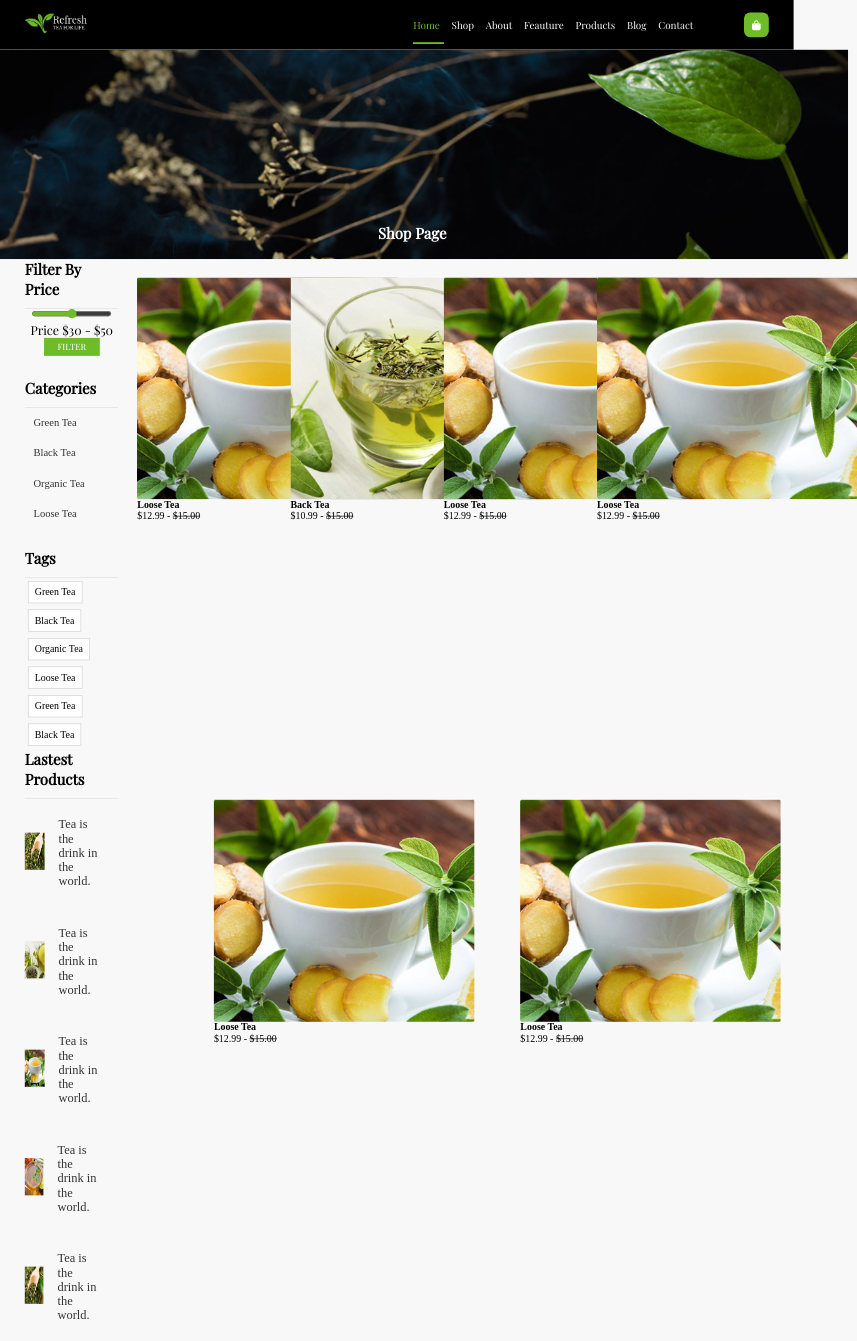
Repository: 52hzwhaleblue/school_teashop
Page: shop.html
An editor plug-in stored every save of this project. The page is shown before and after the next save, followed by the edit.
The browser window is 1280 px wide. The page is 1383 px wide, then 1379 px, so the pictures cover 1383 px, including what lies to the right of the window. The pictures show the whole page, at 62% of full size.
Some web libraries are served in a nearby version.

Above is the page before, as saved 2022-05-05 22:55:26.

### shop.html
<!DOCTYPE html>
<html lang="en">

<head>
    <meta charset="UTF-8">
    <meta http-equiv="X-UA-Compatible" content="IE=edge">
    <meta name="viewport" content="width=device-width, initial-scale=1.0">

    <!-- Style CSS -->
    <link rel="stylesheet" href="./style.css" stylesheet="text/style.css" />

    <!-- googel fonts -->
    <link rel="preconnect" href="https://fonts.googleapis.com" />
    <link rel="preconnect" href="https://fonts.gstatic.com" crossorigin />
    <link href="https://fonts.googleapis.com/css2?family=Playfair+Display&display=swap" rel="stylesheet" />

    <!-- cdn -->
    <link rel="stylesheet" href="https://cdnjs.cloudflare.com/ajax/libs/font-awesome/6.1.1/css/all.min.css" integrity="sha512-KfkfwYDsLkIlwQp6LFnl8zNdLGxu9YAA1QvwINks4PhcElQSvqcyVLLD9aMhXd13uQjoXtEKNosOWaZqXgel0g==" crossorigin="anonymous" referrerpolicy="no-referrer"
    />

    <!-- App.js -->
    <script src="./app.js">
    </script>

    <title>Shop</title>
</head>

<body>
    <!-- header -->
    <div class="header-wrapper">
        <div class="center">
            <div class="row">
                <div class="logo">
                    <img src="./images/logo.png" alt="" />
                </div>

                <div class="menu">
                    <ul>
                        <li class="active"><a href="#">Home</a></li>
                        <li><a href="#">Shop</a></li>
                        <li><a href="#">About</a></li>
                        <li><a href="#">Feauture</a></li>
                        <li><a href="#">Products</a></li>
                        <li><a href="#">Blog</a></li>
                        <li><a href="#">Contact</a></li>
                    </ul>
                </div>

                <div class="cart">
                    <i class="fa-solid fa-bag-shopping"></i>
                </div>
            </div>
        </div>
    </div>

    <!-- silder -->
    <div class="slider-wrapper">
        <div class="slider-img">
            <img src="./images/shop-slide.jpg" alt="" />

            <div class="center">
                <div class="shop-slide-content">
                    <h2 class="heading">Shop Page</h2>
                </div>
            </div>
        </div>
    </div>


    <div class="shop-page-wrapper">
        <div class="center1">
            <div class="box-shop-page">
                <!-- filter by price -->
                <div class="price-filter-wrapper">
                    <div class="box-price-filter">
                        <h4>filter by price</h4>
                        <div class="price-range-bar">
                            <form class="multi-range-field my-5 pb-5">
                                <input id="multi3" class="multi-range" type="range" />
                            </form>

                            <div class="price-range">
                                <span>Price</span>
                                <span> $30 </span> -
                                <span> $50 </span>
                            </div>

                            <div class="filter-btn">
                                <p>filter</p>
                            </div>
                        </div>
                    </div>
                    <div class="catory-wrapper">
                        <div class="box-catory">
                            <h2>Categories</h2>
                        </div>
                        <div class="category">
                            <ul>
                               <li><a href="" class="btn1">Green Tea</a></li>
                               <li><a href="" class="btn1">Black Tea</a></li>
                               <li><a href="" class="btn1">Organic Tea</a></li>
                               <li><a href="" class="btn1">Loose Tea</a></li>
                            </ul>
                        </div>
                        <div class="box-catory">
                            <h2>Tags</h2>
                        </div>
                        <div class="category1">
                           <ul clas="list">
                               <li><a href="" class="btn">Green Tea</a></li>
                               <li><a href="" class="btn">Black Tea</a></li>
                               <li><a href="" class="btn">Organic Tea</a></li>
                               <li><a href="" class="btn">Loose Tea</a></li>
                               <li><a href="" class="btn">Green Tea</a></li>
                               <li><a href="" class="btn">Black Tea</a></li>
                           </ul>
                        </div>
                        <div class="box-catory">
                            <h2>Lastest Products</h2>
                        </div>
                        <div class="last-product">
                            <div class="row">
                                <div class="col-2">
                                    <img src="images/product-1.jpg">
                                </div>
                                <div class="col-2">
                                    <a href="" class="btn2">Tea is the drink in  the world. </a>
                                </div>
                            </div>
                      </div>
                      <div class="last-product">
                        <div class="row">
                            <div class="col-2">
                                <img src="images/product-2.jpg">
                            </div>
                            <div class="col-2">
                                <a href="" class="btn2">Tea is the drink in  the world.</a>
                            </div>
                        </div>
                       </div>
                       <div class="last-product">
                        <div class="row">
                            <div class="col-2">
                                <img src="images/product-3.jpg">
                            </div>
                            <div class="col-2">
                                <a href="" class="btn2">Tea is the drink in  the world.</a>
                            </div>
                        </div>
                       </div>
                         <div class="last-product">
                          <div class="row">
                          <div class="col-2">
                             <img src="images/product-4.jpg">
                            </div>
                            <div class="col-2">
                             <a href="" class="btn2">Tea is the drink in  the world.</a>
                            </div>
                        </div>
                       </div>

                    <div class="last-product">
                        <div class="row">
                            <div class="col-2">
                                <img src="images/product-5.jpg">
                            </div>
                            <div class="col-2">
                                <a href="" class="btn2">Tea is the drink in  the world.</a>
                            </div>
                        </div>
                       </div>
                   </div>
               </div>
                <!-- shop-product -->
                <div class="shop-product-wrapper">
                    <div class="shop">
                        <img src="images/product-8.jpg">
                        <h4>Loose Tea</h4>
                        <p>$12.99 - <del>$15.00</del></p>
                        <p></p>
                    </div>
                    <div class="shop">
                        <img src="images/product-9.jpg">
                        <h4>Back Tea</h4>
                        <p>$10.99 - <del>$15.00</del></p>
                    </div>
                    <div class="shop">
                        <img src="images/product-8.jpg">
                        <h4>Loose Tea</h4>
                        <p>$12.99 - <del>$15.00</del></p>
                        <p></p>
                    </div>
                    <div class="shop">
                        <img src="images/product-8.jpg">
                        <h4>Loose Tea</h4>
                        <p>$12.99 - <del>$15.00</del></p>
                        <p></p>
                    </div>
                    <div class="shop">
                        <img src="images/product-8.jpg">
                        <h4>Loose Tea</h4>
                        <p>$12.99 - <del>$15.00</del></p>
                        <p></p>
                    </div>
                    <div class="shop">
                        <img src="images/product-8.jpg">
                        <h4>Loose Tea</h4>
                        <p>$12.99 - <del>$15.00</del></p>
                        <p></p>
                    </div>
                </div>

            </div>
        </div>
    </div>

</body>

</html>

### style.css
* {
    padding: 0;
    margin: 0;
}

body {
    background-color: #f8f8f8;
}


/* header */

.header-wrapper {
    margin: 0 auto;
    background-color: #000000;
    position: sticky;
    top: 0;
    z-index: 1;
}

.center {
    width: 1200px;
    margin: 0 auto;
}

.header-wrapper .row {
    display: flex;
    justify-content: space-between;
    align-items: center;
    padding: 20px 0;
}


/* logo */

.logo {
    width: 50.0450045005%;
}

.logo img {
    width: 100px;
}


/* menu */

.menu {
    width: 42.304230423%;
}

.menu ul li.active a {
    color: #6fbc29;
}

.menu ul li {
    display: inline-block;
    padding-right: 15px;
    position: relative;
}

.menu ul li:after {
    content: " ";
    width: 50px;
    border-bottom: 3px #6fbc29 solid;
    /* background-color: #6fbc29; */
    left: 0;
    bottom: -20px;
    position: absolute;
}

.menu ul li:not(.active):after {
    content: " ";
    width: 50px;
    border-bottom: 3px #6fbc29 solid;
    left: 0;
    bottom: -30px;
    position: absolute;
    opacity: 0;
    transition: 0.5s;
}

.menu ul li:hover:after {
    bottom: -20px;
    opacity: 1;
}

.menu ul li:hover a {
    color: #6fbc29;
}

.menu ul li a {
    text-decoration: none;
    color: #fff;
    font-family: "Playfair Display", serif;
}


/* cart */

.cart {
    width: 40px;
    height: 40px;
    border-radius: 25%;
    background-color: #6fbc29;
    display: flex;
    justify-content: center;
    align-items: center;
}

.cart i {
    color: #fff;
}


/* silder */

.slider-wrapper {
    width: 1368px;
    margin: 0 auto;
    overflow: hidden;
}

.slider-img {
    display: flex;

}

.slider-img img {
    max-width: 1368px;
}
.slider-img input{
    display: none;
}


.slider-wrapper .home-slide-content {
    width: 446px;
    position: absolute;
    top: 20%;
    left: calc((100% - 1200px) / 2);
}

.slider-wrapper .shop-slide-content {
    width: 446px;
    position: absolute;
    top: 50%;
    left: calc(100% /2.1);
}

.home-slide-content .heading {
    text-transform: uppercase;
    font-family: "Playfair Display";
    font-size: 16px;
    color: #fff;
}

.shop-slide-content .heading {
    text-transform: capitalize;
    font-family: "Playfair Display";
    /* font-size: 50px; */
    color: #fff;
}


.home-slide-content .subHeading {
    text-transform: capitalize;
    font-family: "Playfair Display";
    font-size: 50px;
    padding: 26px 0 50px 0;
    color: #fff;
}

.home-slide-content .subHeading span {
    color: #6fbc29;
    text-transform: capitalize;
    font-size: 50px;
}

.home-slide-content .slider-btn {
    width: 130px;
    /* height: 35px; */
    background-color: #6fbc29;
    display: flex;
    justify-content: center;
    align-items: center;
}

.slider-btn a {
    font-family: "Playfair Display";
    font-size: 14px;
    text-transform: uppercase;
    color: #fff;
    text-decoration: none;
    padding: 10px 0;
}


/* new product */

.product-wrapper {
    width: 1368px;
    margin: 0 auto;
    padding: 57px 0;
}

.title-main {
    padding-bottom: 52px;
}

.title-main h1 {
    font-family: "Playfair Display";
    font-size: 35px;
    text-transform: capitalize;
    color: #212529;
    text-align: center;
}

.title-main .icon {
    text-align: center;
    padding: 23px 0 18px 0;
}

.heading-icon .icon img {
    width: 100px;
}

.title-main .subTitle {
    width: 540px;
    margin: 0 auto;
}

.title-main .subTitle p {
    font-family: "Playfair Display";
    font-size: 14px;
    color: #212529;
    text-align: center;
}


/* product items */

.product-items {
    display: flex;
    flex-wrap: wrap;
    justify-content: space-between;
}

.product-items .item {
    /* width: calc(100% / 4); */
}

.product-items .item .img {
    position: relative;
}

.modal {
    position: absolute;
    width: 100%;
    height: 100%;
    bottom: 0;
    opacity: 0;
    background-color: #6fbc29;
    transition: 0.7s;
}

.modal-content h4 {
    font-family: "Playfair Display", serif;
    color: #fff;
    text-align: center;
    text-transform: capitalize;
}

.modal-content {
    padding: 48px;
}

.modal-content p {
    font-size: 14px;
    font-family: "Playfair Display", serif;
    color: #fff;
    text-align: center;
    padding: 20px 0;
}

.readmore-btn {
    width: 130px;
    background-color: #fff;
    border: 1px #fff solid;
    padding: 5px 0;
    margin: 0 auto;
    text-align: center;
}

.readmore-btn a {
    text-decoration: none;
    color: #6fbc29;
    font-size: 14px;
    font-family: "Playfair Display", serif;
    text-transform: uppercase;
}

.readmore-btn:hover {
    background-color: transparent;
}

.readmore-btn:hover a {
    text-decoration: none;
    color: #fff;
    font-size: 14px;
    font-family: "Playfair Display", serif;
    text-transform: uppercase;
}

.product-items .img:hover .modal {
    top: 0;
    opacity: 0.8;
}

.product-btn {
    display: flex;
    justify-content: center;
}

.btn-left,
.btn-right {
    border-radius: 50%;
    width: 30px;
    height: 30px;
    background-color: #6fbc29;
    margin: 0 10px;
    display: flex;
    align-items: center;
    justify-content: center;
    color: #fff;
    margin-top: 35px;
}

.btn-left:hover,
.btn-right:hover {
    border-radius: 50%;
    width: 30px;
    height: 30px;
    background-color: #fff;
    margin: 0 10px;
    display: flex;
    align-items: center;
    justify-content: center;
    color: #6fbc29;
    margin-top: 35px;
}


/* information */

.information {
    width: 1368px;
    margin: 0 auto;
    background-color: #f8f8f8;
    display: flex;
    justify-content: space-between;
}

.info-img img {
    max-width: 730px;
}

.info-content {
    width: 37.6461988304%;
    padding: 85px 0 125px 30px;
}

.info-content h2 {
    font-size: 35px;
    font-family: "Playfair Display", serif;
}

.info-content p {
    font-size: 14px;
    font-family: "Playfair Display", serif;
    margin: 10px 0;
}

.information .readmore-info-btn {
    width: 130px;
    background-color: #6fbc29;
    padding: 5px 0;
    text-align: center;
}

.information .readmore-info-btn a {
    text-decoration: none;
    color: #fff;
    font-size: 14px;
    font-family: "Playfair Display", serif;
    text-transform: uppercase;
}

.information .readmore-info-btn:hover {
    background-color: #fff;
}

.information .readmore-info-btn:hover a {
    text-decoration: none;
    color: #6fbc29;
    font-size: 14px;
    font-family: "Playfair Display", serif;
    text-transform: uppercase;
}

.criteria-wrapper {
    width: 100%;
    height: 368px;
}

.criteria-items {
    max-width: 1368px;
    display: flex;
    justify-content: center;
}

.criteria-items .item {
    padding: 0 10px;
    box-sizing: border-box;
}


/* featured product */
.center1 {
    width: 1200px;
    margin: 0 auto;
    display:  flex;
    flex-wrap: wrap;
}

.featured-product-wrapper {}

.featured-product-items {
    display: flex;
    justify-content: space-between;
    flex-wrap: wrap;
    margin-bottom: 50px;
}

.featured-product-items .item {
    width: calc(100% / 3);
}

.featured-product-items .item .img {
    position: relative;
}

.featured-product-items .img .modal {
    border-radius: 50%;
}

.featured-product-items .img:hover .modal {
    top: 0;
    opacity: 0.8;
    width: 92.5%;
}

.featured-product-items .item .title {
    text-align: center;
    font-family: "Playfair Display";
    font-weight: 600;
    font-size: 20px;
}

.featured-product-items .item .description {
    text-align: center;
    font-family: "Playfair Display";
    font-size: 14px;
}

.featured-product-items .item img {
    border-radius: 50%;
}


/* Information Wrapper */

.info-wrapper {
    position: relative;
}

.info-wrapper img {
    height: 435px;
    width: 100%;
}

.info-heading {
    top: 0;
    width: 490px;
    margin: 55px 0;
    position: absolute;
}

.info-heading .title {
    font-family: "Playfair Display";
    font-size: 35px;
    font-weight: 600;
}

.info-heading .subTitle {
    font-family: "Playfair Display";
    font-size: 14px;
    margin: 25px 0 50px 0;
}

.readmore-info-btn {
    width: 130px;
    background-color: #6fbc29;
    border: 1px #fff solid;
    padding: 5px 0;
    /* margin: 0 auto; */
    text-align: center;
}

.readmore-info-btn a {
    text-decoration: none;
    color: #fff;
    font-size: 14px;
    font-family: "Playfair Display", serif;
    text-transform: uppercase;
}

.readmore-info-btn:hover {
    background-color: #fff;
}

.readmore-info-btn:hover a {
    text-decoration: none;
    color: #6fbc29;
    font-size: 14px;
    font-family: "Playfair Display", serif;
    text-transform: uppercase;
}


/* video */

.video-wrapper {
    position: relative;
    display: flex;
    justify-content: center;
}

.bg-overlay {
    position: relative;
    z-index: 1;
}

.bg-overlay:after {
    background: #000 none repeat scroll 0 0;
    content: "";
    height: 100%;
    left: 0;
    opacity: 0.8;
    position: absolute;
    top: 0;
    width: 100%;
}

.video-wrapper .center {
    width: 1200px;
    margin: 0 auto;
    display: flex;
    justify-content: center;
}

.video-wrapper img {
    width: 100%;
}

.video-wrapper .title-main {
    top: 0;
    position: absolute;
    z-index: 2;
    margin-top: 55px;
}

.video-wrapper .title-main .title {
    color: #fff;
}

.video-wrapper .title-main .icon img {
    width: 200px;
}

.video-wrapper .title-main .subTitle p {
    color: #fff;
}

.box-video {
    /* width: 890px;
    height: 442px; */
    bottom: 25%;
    z-index: 1;
    position: absolute;
}


/* Shop Page */

.box-shop-page {
    display: flex;
    justify-content: space-between;
}

.price-filter-wrapper {
    width: 28.3333333333%;
}

.box-price-filter h4 {
    font-family: "Playfair Display", serif;
    font-size: 24px;
    text-transform: capitalize;
    border-bottom: 1px #dedede solid;
    padding-bottom: 15px;
}



/* Price Range Input */

#multi3 {
    accent-color: #6FBC29;
}

.price-range-bar {
    text-align: center;
}

.price-range {
    font-family: "Playfair Display", serif;
    font-size: 20px;
}

.filter-btn {
    width: 90px;
    height: 35px;
    margin: 0 auto;
}

.filter-btn:hover {
    width: 90px;
    height: 35px;
    margin: 0 auto;
}

.filter-btn p {
    font-family: "Playfair Display", serif;
    font-size: 14px;
    color: #fff;
    text-transform: uppercase;
    background-color: #6fbc29;
    padding: 5px 20px;
}

.filter-btn p:hover {
    font-family: "Playfair Display", serif;
    font-size: 14px;
    color: #6fbc29;
    text-transform: uppercase;
    background-color: #fff;
    padding: 5px 20px;
    border: 1px #6fbc29 solid;
}
.box-catory h2{
    font-family: "Playfair Display", serif;
    font-size: 24px;
    text-transform: capitalize;
    border-bottom: 1px #dedede solid;
    padding-bottom: 15px;
    padding-top: 30px;
}
.category ul li a {
    text-decoration: none;
    color:#333333;
    font-size: 17px;
    transition: 0.3s;
    border-bottom: 1px solid transparent;
    padding: 5px 0;
    display: block;
    padding: 14px;

}
ul{
    list-style-type: none;
}
.btn1:hover{
   color: #6fbc29;
   border-bottom: 1px solid #6fbc29;
}
.btn{
    display: inline-block;
    background: #fff;
    color: #000000;
    padding: 8px 10px;
    margin: 5px 5px;
    border: 1px solid #cccccc;
}

.btn:hover {
    background: #6fbc29;
    color: #fff;
}
.category1 ul li a{
    text-decoration: none;
    float: left;
}
.row {
    display: flex;
    align-items: center;
}

.col-2 img {
    width: 130%;
    height: 60px;
    padding: 10px 0;
    margin: 30px 20;
}
.btn2{
    color:#333333;
    padding: 30px;
    text-decoration: none;
    font-size: 20px;
    display: inline-block;
}
.btn2:hover{
    color:#6fbc29;
}
.shop-product-wrapper{
    display: flex;
    align-items: top;
    flex-wrap: wrap;
    justify-content: space-around;
    padding: 20px;
    margin: 10px;
}
.shop {
    flex-basis: 25%;
    min-width: 200px;
    margin-bottom: 50px;
}
.shop img{
    width: 170%;
    height: auto;
    display: block;
    margin: auto;
}
.shopname {
  text-align: center;

}
.shopname h4 {
    font-size: 20px;
  }
/* ----Product---- */

### app.js
/* $('#multi3').mdbRange({
    width: '100%',
    single: {
        active: true,
        multi: {
            active: true,
            rangeLength: 2
        },
    }
}); */

After the next save:
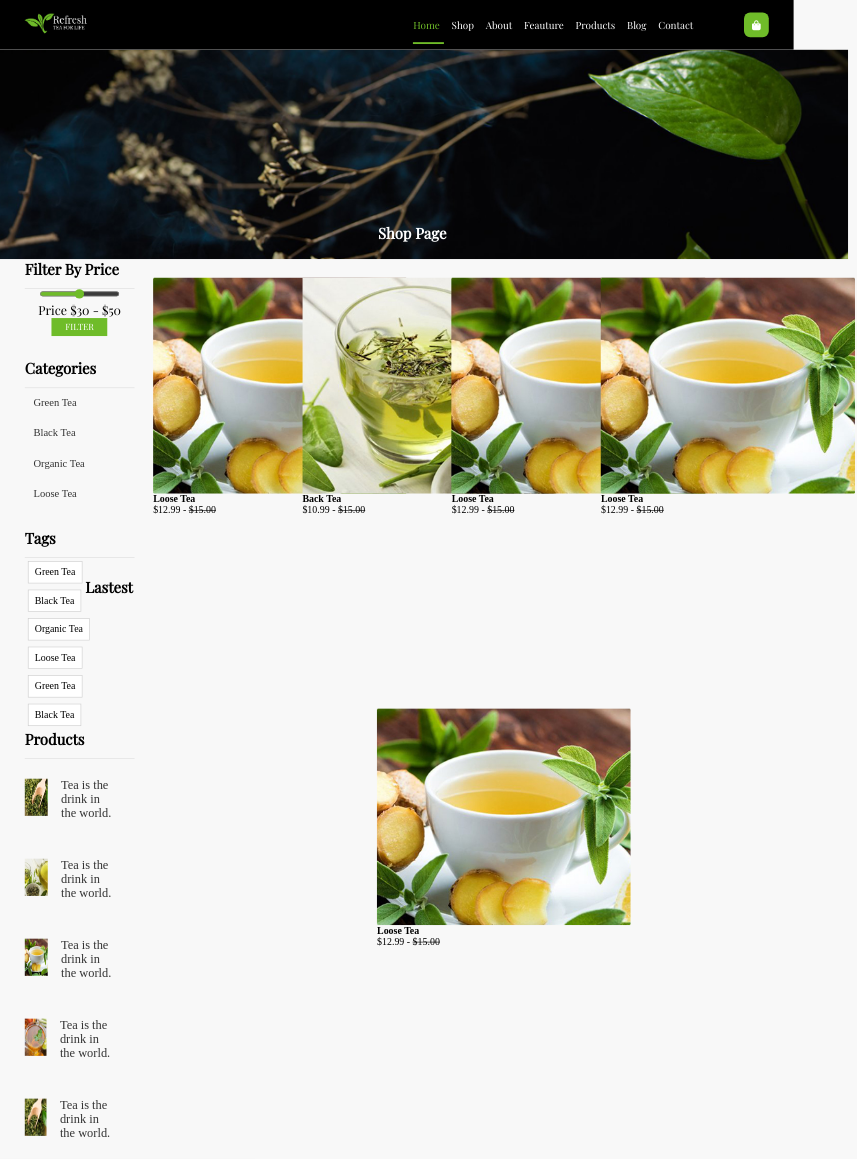
Saved 26 s later.
--- a/shop.html
+++ b/shop.html
@@ -202,12 +202,7 @@
                         <p>$12.99 - <del>$15.00</del></p>
                         <p></p>
                     </div>
-                    <div class="shop">
-                        <img src="images/product-8.jpg">
-                        <h4>Loose Tea</h4>
-                        <p>$12.99 - <del>$15.00</del></p>
-                        <p></p>
-                    </div>
+
                 </div>
 
             </div>
